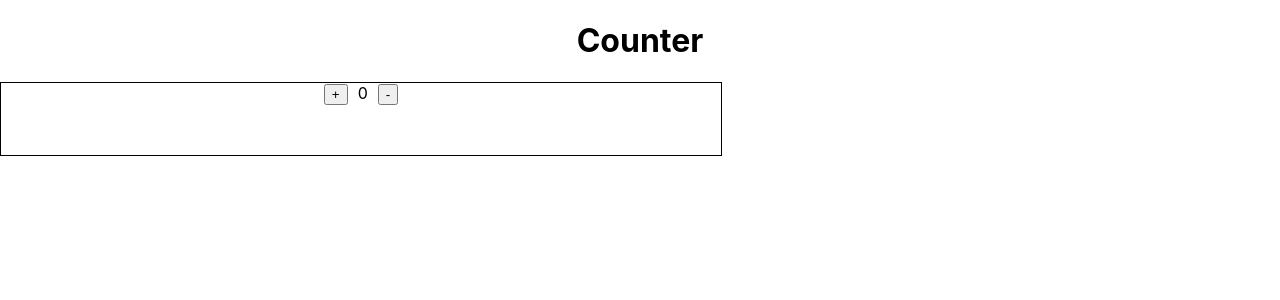
Repository: vsangavi/Redux-Counter
Page: /
These files come from the project's save history. The page is drawn as it stood at one moment and after a run of saves; the edit follows.
The browser window is 1280 px wide. The pictures show the whole page.
The project was rebuilt for these pictures with package versions that can differ from the ones it lists, and the page was loaded fresh each time.

Above is the page before, as saved 2020-10-02 16:43:21.

### src/App.js
import React from "react";
import Counter from "./Counter";
import "./App.css";

function App() {
  return (
    <div className="App">
      <Counter />
    </div>
  );
}

export default App;

### src/Counter.js
import React, { Component } from "react";

class Counter extends Component {
  constructor(props) {
    super();
    this.state = {
      count: 0,
    };
  }
  render() {
    const Increment = () => {
      this.setState({
        count: this.state.count + 1,
      });
    };
    const Decrement = () => {
      this.setState({
        count: this.state.count - 1,
      });
    };
    return (
      <div>
        <h1>Counter</h1>
        <div className="outerDiv">
          <button onClick={Increment}>+</button>
          <span>{this.state.count}</span>
          <button onClick={Decrement}>-</button>
        </div>
      </div>
    );
  }
}
export default Counter;

### src/App.css
.App {
  text-align: center;
}
span {
  margin: 10px 10px;
}
.outerDiv {
  height: 10vh;
  border: 1px solid;
  width: 100vh;
}

Loaded but not shown: public/index.html (common file); src/index.js (common file); src/index.css (common file); src/serviceWorker.js (common file)

After the next 2 saves:
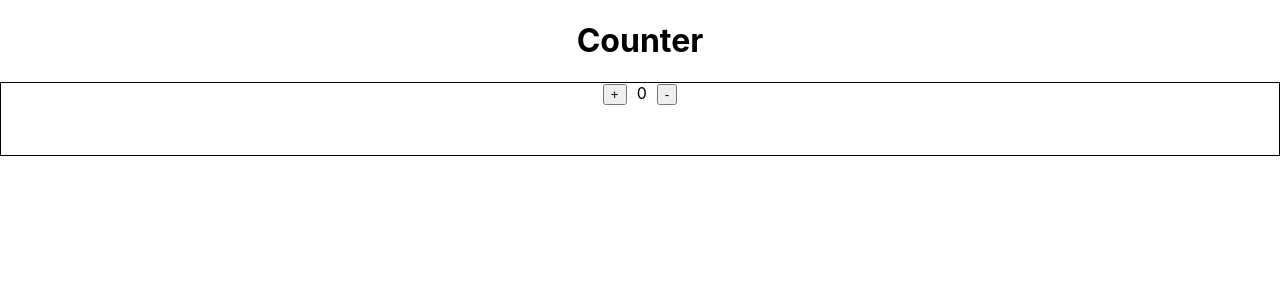
The 2 saves are shown as one change because they came seconds apart.
The last was saved 7 s later.
--- a/src/App.css
+++ b/src/App.css
@@ -7,5 +7,4 @@ span {
 .outerDiv {
   height: 10vh;
   border: 1px solid;
-  width: 100vh;
 }
